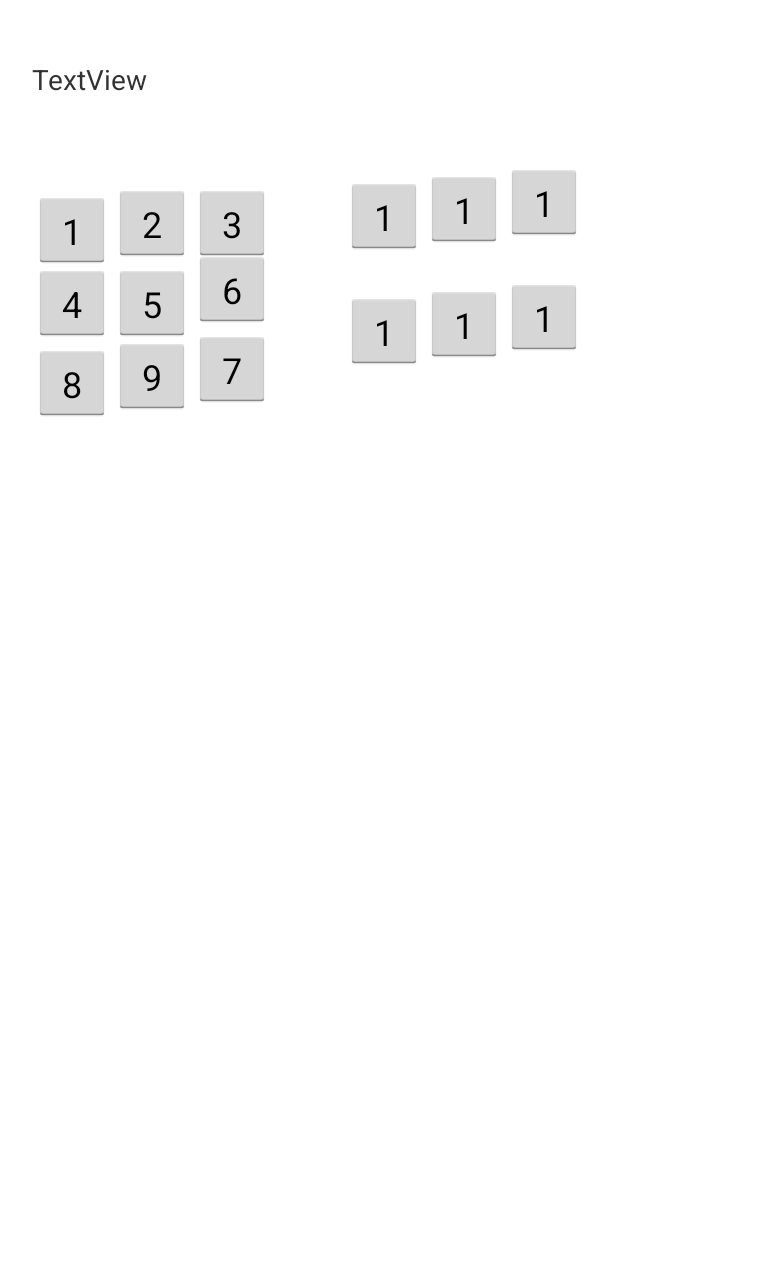
Repository: khushboop-optimus/Android-Assignment
Layout: calculator/res/layout/activity_main.xml
These files come from the project's save history. The layout is drawn as it stood at one moment and after the next save; the edit follows.
It is drawn on a 768 x 1280 px phone screen (xhdpi) without system bars, with theme AppTheme; the app's code is not run.

Above is the layout before, as saved 2013-09-13 04:22:36.

### calculator/res/layout/activity_main.xml
<RelativeLayout xmlns:android="http://schemas.android.com/apk/res/android"
    xmlns:tools="http://schemas.android.com/tools"
    android:layout_width="match_parent"
    android:layout_height="match_parent"
    android:paddingBottom="@dimen/activity_vertical_margin"
    android:paddingLeft="@dimen/activity_horizontal_margin"
    android:paddingRight="@dimen/activity_horizontal_margin"
    android:paddingTop="@dimen/activity_vertical_margin"
    tools:context=".MainActivity" >


            <Button
                android:id="@+id/2"
                android:layout_width="40dp"
                android:layout_height="40dp"
                android:layout_alignBaseline="@+id/1"
                android:layout_alignBottom="@+id/1"
                android:layout_toRightOf="@+id/1"
                android:text="2" />

            <Button
                android:id="@+id/4"
                android:layout_width="40dp"
                android:layout_height="40dp"
                android:layout_below="@+id/2"
                android:layout_toLeftOf="@+id/2"
                android:text="4" />

            <Button
                android:id="@+id/8"
                android:layout_width="40dp"
                android:layout_height="40dp"
                android:layout_below="@+id/4"
                android:layout_toLeftOf="@+id/2"
                android:text="8" />

            <Button
                android:id="@+id/9"
                android:layout_width="40dp"
                android:layout_height="40dp"
                android:layout_alignBaseline="@+id/8"
                android:layout_alignBottom="@+id/8"
                android:layout_alignLeft="@+id/2"
                android:text="9" />

            <Button
                android:id="@+id/3"
                android:layout_width="40dp"
                android:layout_height="40dp"
                android:layout_above="@+id/4"
                android:layout_toRightOf="@+id/9"
                android:text="3" />

            <Button
                android:id="@+id/7"
                android:layout_width="40dp"
                android:layout_height="40dp"
                android:layout_alignBaseline="@+id/9"
                android:layout_alignBottom="@+id/9"
                android:layout_alignLeft="@+id/3"
                android:text="7" />

            <Button
                android:id="@+id/5"
                android:layout_width="40dp"
                android:layout_height="40dp"
                android:layout_below="@+id/2"
                android:layout_toRightOf="@+id/1"
                android:text="5" />

            <Button
                android:id="@+id/6"
                android:layout_width="40dp"
                android:layout_height="40dp"
                android:layout_above="@+id/7"
                android:layout_alignLeft="@+id/7"
                android:text="6" />

            <TextView
                android:id="@+id/textView1"
                android:layout_width="500dp"
                android:layout_height="40dp"
                android:layout_alignParentTop="true"
                android:layout_marginTop="14dp"
                android:text="TextView" />

            <Button
                android:id="@+id/1"
                android:layout_width="40dp"
                android:layout_height="40dp"
                android:layout_alignLeft="@+id/textView1"
                android:layout_below="@+id/textView1"
                android:layout_marginTop="25dp"
                android:text="1" />

            <Button
                android:id="@+id/Button01"
                android:layout_width="40dp"
                android:layout_height="40dp"
                android:layout_alignBaseline="@+id/3"
                android:layout_alignBottom="@+id/3"
                android:layout_centerHorizontal="true"
                android:text="1" />

            <Button
                android:id="@+id/Button02"
                android:layout_width="40dp"
                android:layout_height="40dp"
                android:layout_alignBaseline="@+id/Button01"
                android:layout_alignBottom="@+id/Button01"
                android:layout_toRightOf="@+id/Button01"
                android:text="1" />

            <Button
                android:id="@+id/Button03"
                android:layout_width="40dp"
                android:layout_height="40dp"
                android:layout_alignBaseline="@+id/Button02"
                android:layout_alignBottom="@+id/Button02"
                android:layout_toRightOf="@+id/Button02"
                android:text="1" />

            <Button
                android:id="@+id/Button04"
                android:layout_width="40dp"
                android:layout_height="40dp"
                android:layout_alignBottom="@+id/7"
                android:layout_marginBottom="19dp"
                android:layout_toLeftOf="@+id/Button02"
                android:text="1" />

            <Button
                android:id="@+id/Button05"
                android:layout_width="40dp"
                android:layout_height="40dp"
                android:layout_alignBaseline="@+id/Button04"
                android:layout_alignBottom="@+id/Button04"
                android:layout_toLeftOf="@+id/Button03"
                android:text="1" />

            <Button
                android:id="@+id/Button06"
                android:layout_width="40dp"
                android:layout_height="40dp"
                android:layout_alignBaseline="@+id/Button05"
                android:layout_alignBottom="@+id/Button05"
                android:layout_alignLeft="@+id/Button03"
                android:text="1" />

</RelativeLayout>

Loaded but not shown: calculator/res/values/styles.xml (common file); calculator/res/values-v11/styles.xml (common file); calculator/res/values-v14/styles.xml (common file); calculator/res/values/dimens.xml (common file)

After the next save:
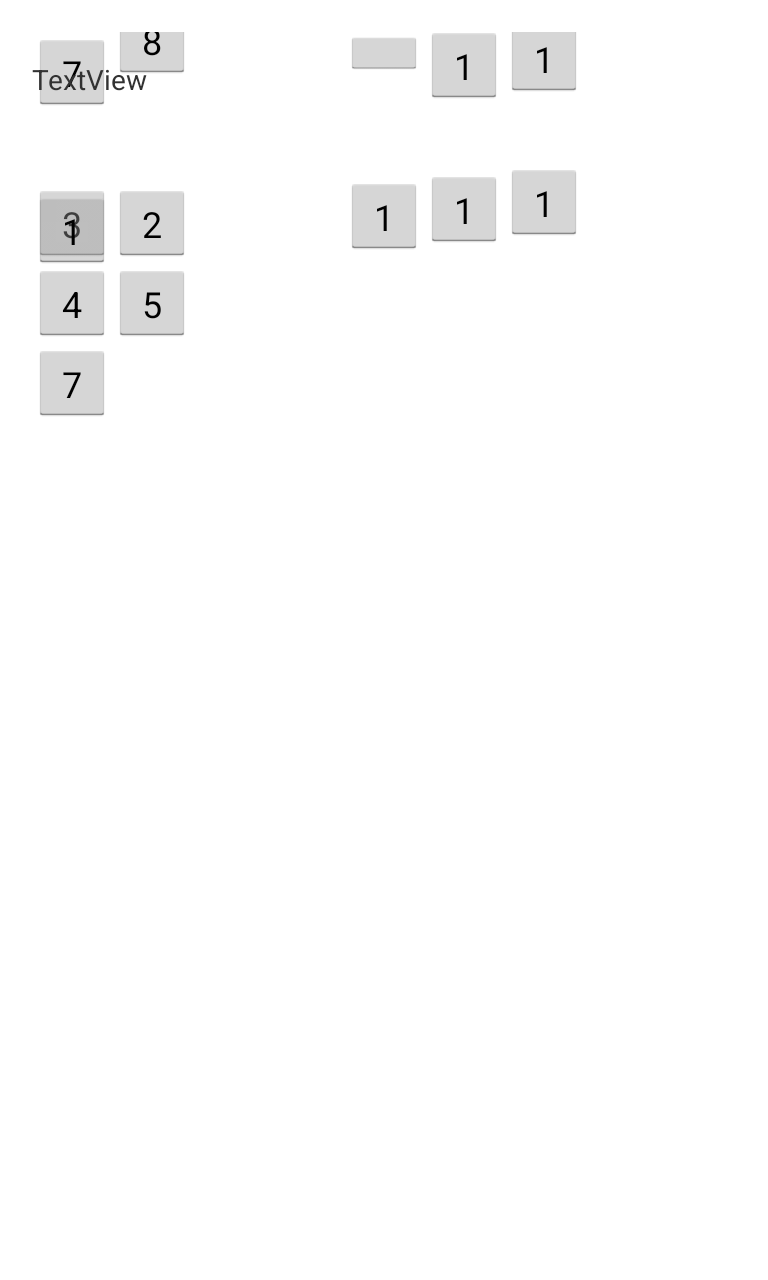
Saved 61 s later.
--- a/calculator/res/layout/activity_main.xml
+++ b/calculator/res/layout/activity_main.xml
@@ -27,21 +27,21 @@
                 android:text="4" />
 
             <Button
-                android:id="@+id/8"
+                android:id="@+id/7"
                 android:layout_width="40dp"
                 android:layout_height="40dp"
                 android:layout_below="@+id/4"
                 android:layout_toLeftOf="@+id/2"
-                android:text="8" />
+                android:text="7" />
 
             <Button
-                android:id="@+id/9"
+                android:id="@+id/8"
                 android:layout_width="40dp"
                 android:layout_height="40dp"
                 android:layout_alignBaseline="@+id/8"
                 android:layout_alignBottom="@+id/8"
                 android:layout_alignLeft="@+id/2"
-                android:text="9" />
+                android:text="8" />
 
             <Button
                 android:id="@+id/3"

After the save that followed:
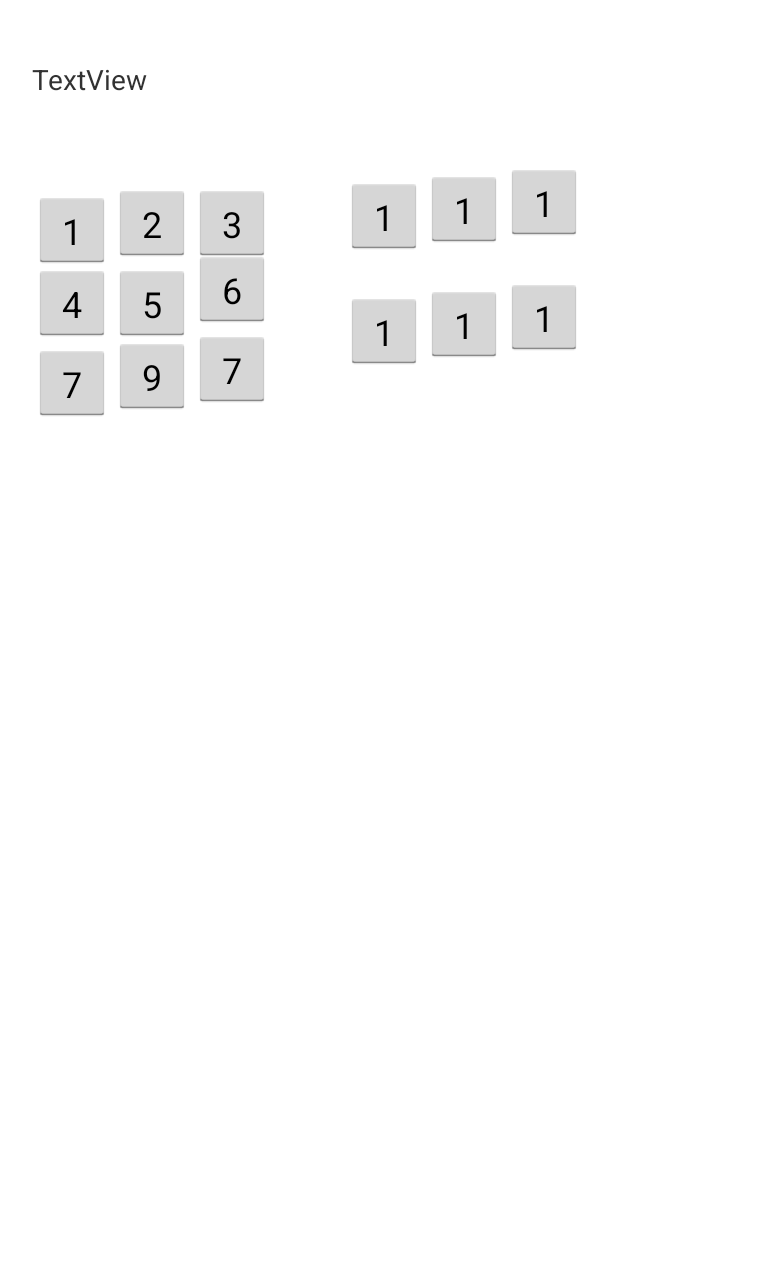
Saved 69 s later.
--- a/calculator/res/layout/activity_main.xml
+++ b/calculator/res/layout/activity_main.xml
@@ -27,21 +27,13 @@
                 android:text="4" />
 
             <Button
-                android:id="@+id/7"
-                android:layout_width="40dp"
-                android:layout_height="40dp"
-                android:layout_below="@+id/4"
-                android:layout_toLeftOf="@+id/2"
-                android:text="7" />
-
-            <Button
-                android:id="@+id/8"
+                android:id="@+id/9"
                 android:layout_width="40dp"
                 android:layout_height="40dp"
                 android:layout_alignBaseline="@+id/8"
                 android:layout_alignBottom="@+id/8"
                 android:layout_alignLeft="@+id/2"
-                android:text="8" />
+                android:text="9" />
 
             <Button
                 android:id="@+id/3"
@@ -147,4 +139,12 @@
                 android:layout_alignLeft="@+id/Button03"
                 android:text="1" />
 
+            <Button
+                android:id="@+id/8"
+                android:layout_width="40dp"
+                android:layout_height="40dp"
+                android:layout_alignLeft="@+id/4"
+                android:layout_below="@+id/4"
+                android:text="7" />
+
 </RelativeLayout>
